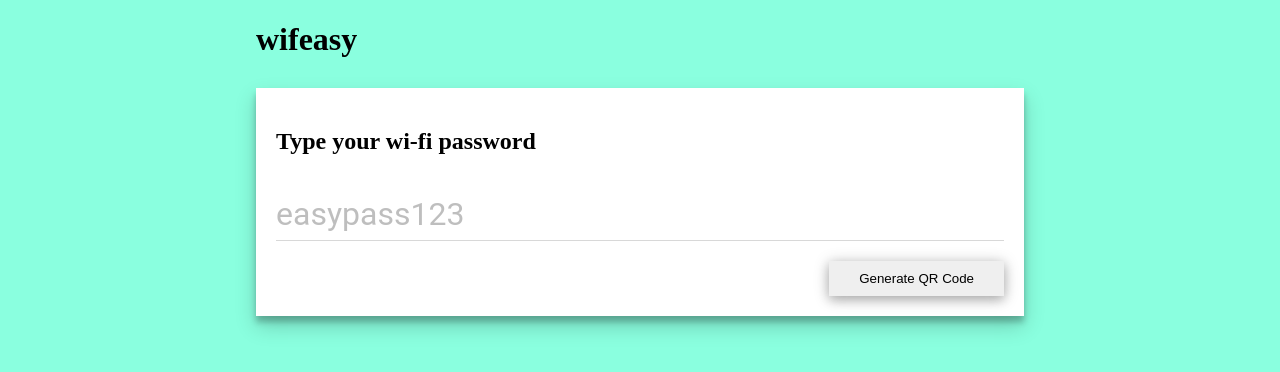
Repository: akagabi/wifeasy
Page: index.html
These files come from the project's save history. The page is drawn as it stood at one moment and after the next save; the edit follows.
The browser window is 1280 px wide. The pictures show the whole page.

Above is the page before, as saved 2018-12-25 12:56:59.

### index.html
<!DOCTYPE html>
<html lang="en">
<head>
    <meta charset="UTF-8">
    <meta name="viewport" content="width=device-width, initial-scale=1.0">
    <meta http-equiv="X-UA-Compatible" content="ie=edge">
    <title>Wifeasy</title>
    <link rel="stylesheet" href="style.css">
    <script src="index.js"></script>
</head>
<body>
    <div class="wrapper">
        <header class="header">
            <h1 class="header__title">
                wifeasy
            </h1>
        </header>
        <section class="steps">
            <article class="steps__container">
                <form class="form">
                    <h2 class="steps__title">
                        Type your wi-fi password
                    </h2>
                    <label class="input__wrapper">
                        <div class="input__container">
                            <input type="text" class="input" placeholder="easypass123">
                            <div class="input__line"></div>
                            <span class="input__placeholder">
                                easypass123
                            </span>
                        </div>
                    </label>
                    <div class="buttons">
                        <button class="button" type="button">
                            Generate QR Code
                        </button>
                    </div>
                </form>
            </article>
            <article class="steps__container hidden">

            </article>
        </section>
    </div>
</body>
</html>

### style.css
body {
    background-color: rgb(138, 255, 223);
}

.wrapper {
    margin: 0 auto;
    max-width: 768px;
}

.header__title {
    margin-bottom: 30px;
}

.input__wrapper {
    display: block;
    margin-bottom: 20px;
}

  .input {
    font-family: "Roboto";
    background-color: transparent;
    border: 0;
    color: #333333;
    font-size: 32px;
    line-height: 1.13;
    margin-top: 23px;
    outline: none;
    margin-bottom: 5px;
    position: relative;
    transition: border 0.125s ease-in-out;
    width: 100%;
  }
  .input::placeholder {
    color: transparent;
  }

  .input:placeholder-shown + .input__line::after {
    width: 0;
  }

  .input:placeholder-shown ~ .input__placeholder {
    font-size: 32px;
    opacity: 0.25;
    transform: translateY(0);
  }

  .input__container {
    position: relative;
  }

  .input__line {
    background-color: rgba(102, 102, 102, 0.25);
    bottom: 0;
    height: 1px;
    left: 0;
    position: absolute;
    right: 0;
  }

  .input__line::after {
    background-color: #00a2b5;
    content: "";
    position: absolute;
    left: 0;
    height: 2px;
    bottom: 0;
    width: 100%;
    transition: width 0.325s ease-in-out;
  }

  .input__wrapper {
    display: block;
  }

  .input__placeholder {
    font-family: "Roboto";
    bottom: 8px;
    left: 0;
    position: absolute;
    opacity: 0;
    pointer-events: none;
    transition: all 0.125s ease-in-out;
  }

  .steps {
    background-color: #fff;
    box-shadow: 0 10px 20px rgba(0,0,0,0.19), 0 6px 6px rgba(0,0,0,0.23);
    padding: 20px;
  }

  .buttons {
    display: flex;
    justify-content: flex-end;
  }

  .button {
    box-shadow: 0 4px 10px rgba(0,0,0,0.19), 0 2px 16px rgba(0,0,0,0.23);
    border: 0;
    padding: 10px 30px;
  }

Loaded but not shown: index.js (no copy from this time; the picture is the same without it)

After the next save:
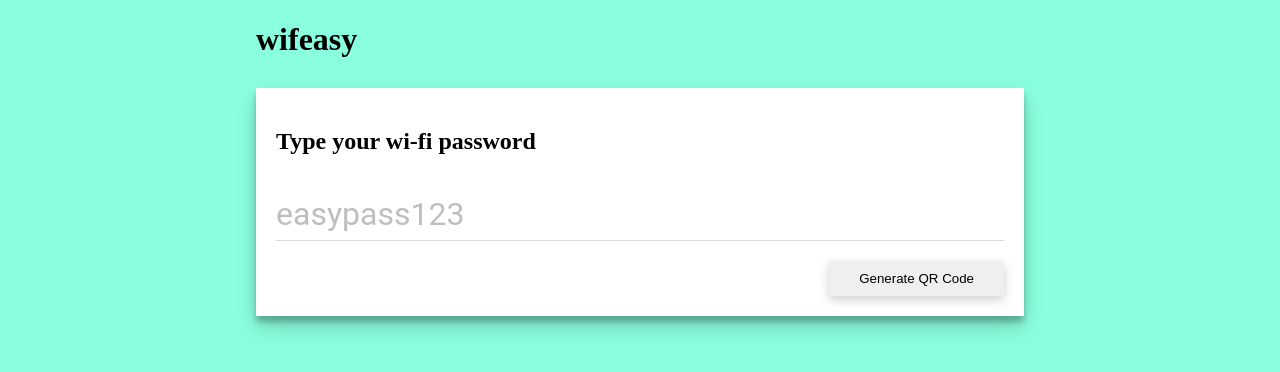
Saved 6 s later.
--- a/style.css
+++ b/style.css
@@ -94,7 +94,7 @@
   }
 
   .button {
-    box-shadow: 0 4px 10px rgba(0,0,0,0.19), 0 2px 16px rgba(0,0,0,0.23);
+    box-shadow: 0 4px 10px rgba(0,0,0,0.19);
     border: 0;
     padding: 10px 30px;
   }
